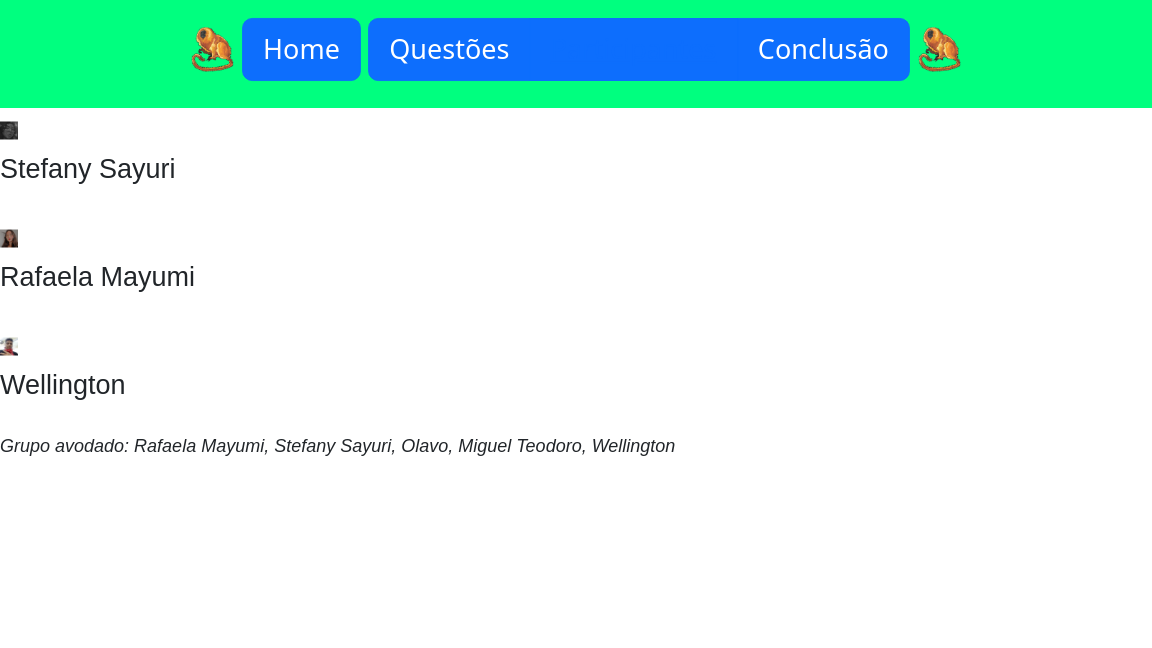
Repository: OlavoSchiavi/Site-de-biologia
Page: participantes.html
These files come from the project's save history. The page is drawn as it stood at one moment and after the next save; the edit follows.
The browser window is 1280 px wide. The pictures show the whole page, at 90% of full size.

Above is the page before, as saved 2023-04-18 22:56:55.
Not found: JS/script.js

### participantes.html
<!DOCTYPE html>
<html lang="pt-br">
<head>
    <meta charset="UTF-8">
    <meta http-equiv="X-UA-Compatible" content="IE=edge">
    <meta name="viewport" content="width=device-width, initial-scale=1.0">
    <title>Site de biologia - Paticipantes</title>
    <link rel="stylesheet" href="CSS/style.css">
    <link href="https://cdn.jsdelivr.net/npm/bootstrap@5.3.0-alpha3/dist/css/bootstrap.min.css" rel="stylesheet" integrity="sha384-KK94CHFLLe+nY2dmCWGMq91rCGa5gtU4mk92HdvYe+M/SXH301p5ILy+dN9+nJOZ" crossorigin="anonymous">
    <link rel="icon" href="imagens/monkey.png" type="image/png">
    <link rel="stylesheet" href="JS/script.js">
    <link rel="icon" type="image/png" href="imagens/arara.png">
</head>
<body>
    <header>
        <nav class="mapa">
            <img id="logo" src="imagens/monkey.png" alt="Logo">
            <button type="button" class="btn btn-primary">
                <a href="index.html" class="button">Home</a>
            </button>
            <div class="btn-group" role="group" aria-label="Basic example">
                <button type="button" class="btn btn-primary">
                    <a href="quest.html" class="button">Questões</a>
                </button>
                <button type="button" class="btn btn-primary">
                    <a href="participantes.html">Participantes</a>
                </button>
                <button type="button" class="btn btn-primary">Conclusão</button>
              </div>
              <img id="logo" src="imagens/monkey.png" alt="Logo">
        </nav>
    </header>
    <main>
        <div>
            <img src="imagens/sayuri.jpeg" alt="" class="perfil">
            <p>Stefany Sayuri</p>
            <img src="imagens/Rafinha.jpeg" alt="" class="perfil">
            <p>Rafaela Mayumi</p>
            <img src="imagens/Welton.jpeg" alt="" class="perfil">
            <p>Wellington</p>
        </div>
    </main>
    <footer style="font-size: 20px; font-style: italic;">
        Grupo avodado: Rafaela Mayumi, Stefany Sayuri, Olavo, Miguel Teodoro, Wellington
    </footer>
</body>
</html>

### CSS/style.css
header{
    padding: 20px;
    height: 120px;
    background-color:springgreen;
}
.arara{
    width: 20%;
    float: right;
}
#logo{
    width: 50px;
}

body,main,footer,html{
    font-family: Arial, Helvetica, sans-serif;
    font-size: 30px;
}
.button{
    color:white;
    text-decoration: none;
}
.mapa{
    text-align: center;
}
h1,h4{
    text-align: center;
}
h6{
    font-style:oblique;
}
.checkbox {
    display: none;
}
.btn-toggle {
    margin-bottom: 0;
    cursor: pointer;
    border-radius: 3px;
}
.btn-toggle-primary {
    color: #fff;
    background-color: #4caf50;
    border-color: #4caf50;
}
.btn-toggle-primary:hover {
    color: #fff;
    background-color: #4caf50;
    border-color: #4caf50;
}
.btn-toggle-primary:focus {
    color: #fff;
    background-color: #4caf50;
    border-color: #4caf50;
    box-shadow: none;
}
.btn-toggle-primary.active {
    color: #fff;
    background-color: #2196f3;
    border-color: #2196f3;

}
.btn-toggle-primary.active:hover {
    color: #fff;
    background-color: #2196f3;
    border-color: #2196f3;
}
.checkbox:checked ~ .texto {
    display: block;
}
.texto {
    display: none;
    margin-top: 10px;
    padding: 10px;
    background-color: #f2f2f2;
}
.perfil {
    width: 20px;
}

After the next save:
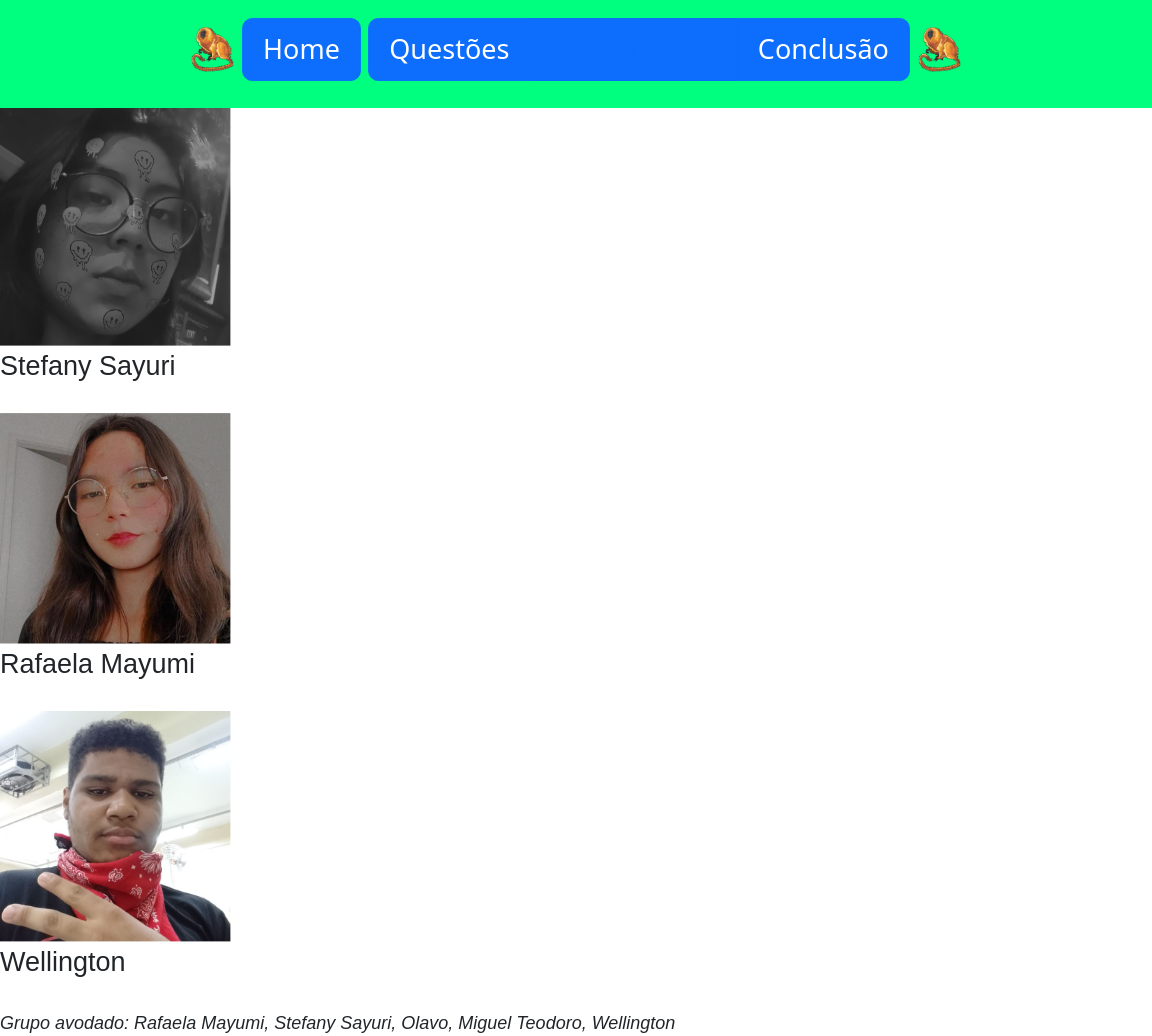
Saved 2 min 4 s later.
--- a/CSS/style.css
+++ b/CSS/style.css
@@ -73,5 +73,5 @@ h6{
     background-color: #f2f2f2;
 }
 .perfil {
-    width: 20px;
+    width: 20%;
 }
